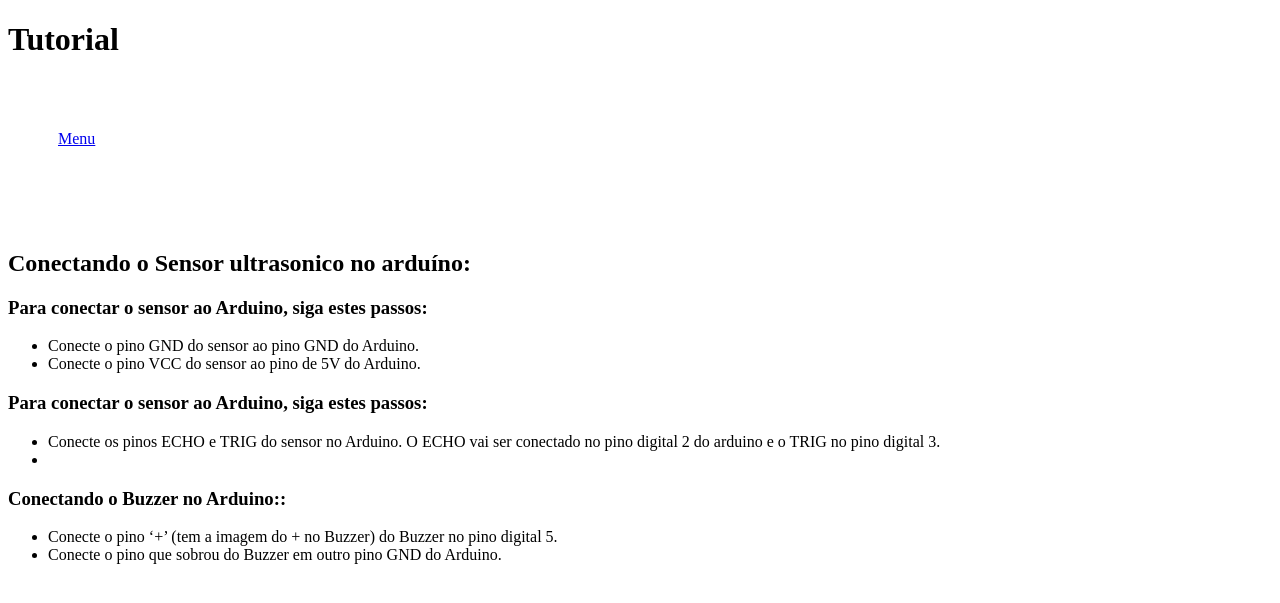
Repository: Eito2511/Site-tutorial-arduino
Page: tutorial.html
These files come from the project's save history. The page is drawn as it stood at one moment and after the next save; the edit follows.
The browser window is 1280 px wide. The pictures show the whole page.

Above is the page before, as saved 2025-06-03 18:22:56.

### tutorial.html
<!DOCTYPE html>
<html lang="en">
  <head>
    <meta charset="UTF-8" />
    <meta name="viewport" content="width=device-width, initial-scale=1.0" />
    <title>Tutorial</title>
  </head>
  <body>
    <header>
      <h1 class="titulo">Tutorial</h1>
    </header>

    <section style="height: 50px; padding: 50px">
      <a href="index.html" class="btn">Menu</a>
    </section>

    <div>
      <h2>Conectando o Sensor ultrasonico no arduíno:</h1>
      <h3>Para conectar o sensor ao Arduino, siga estes passos:</h2>
      <ul>
        <li>Conecte o pino GND do sensor ao pino GND do Arduino.</li>
        <li>Conecte o pino VCC do sensor ao pino de 5V do Arduino.</li>
      </ul>
    </div>

    <div>
      <h3>Para conectar o sensor ao Arduino, siga estes passos:</h2>
      <ul>
        <li>
          Conecte os pinos ECHO e TRIG do sensor no Arduino. O ECHO vai ser
          conectado no pino digital 2 do arduino e o TRIG no pino digital 3.
        </li>
        <li>

        </li>
      </ul>
    </div>

    <div>
      <h3>Conectando o Buzzer no Arduino::</h2>
      <ul>
        <li>
          Conecte o pino ‘+’ (tem a imagem do + no Buzzer) do Buzzer no pino
          digital 5.
        </li>
        <li>
          Conecte o pino que sobrou do Buzzer em outro pino GND do Arduino.
        </li>
      </ul>
    </div>
  </body>
</html>

After the next save:
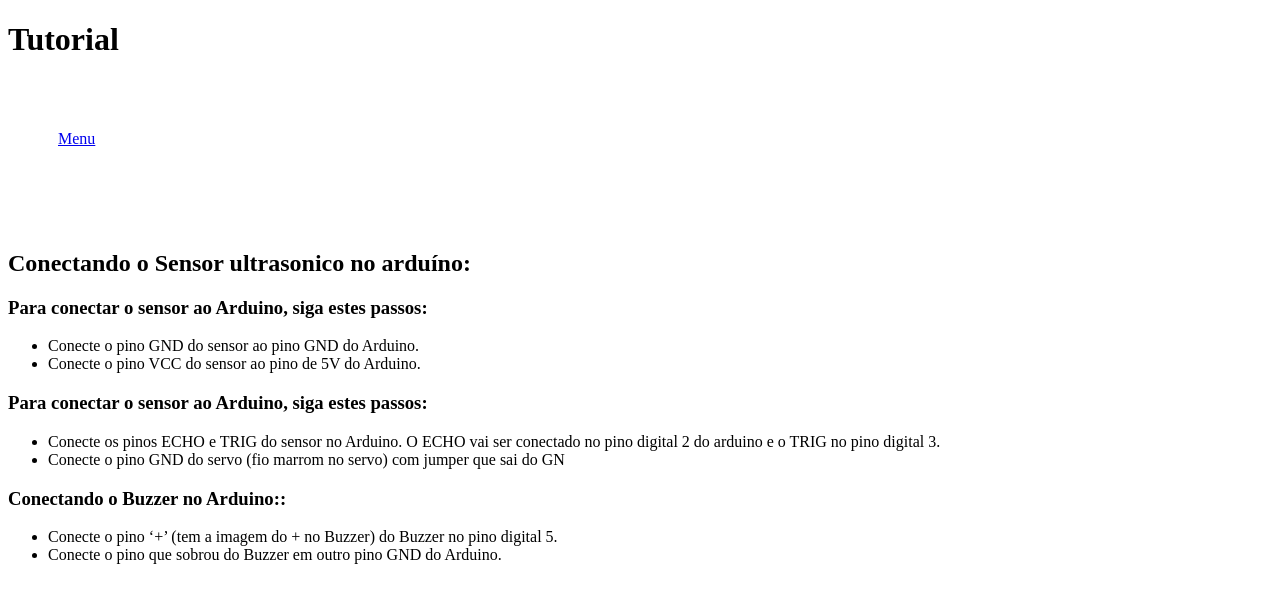
Saved 15 s later.
--- a/tutorial.html
+++ b/tutorial.html
@@ -31,7 +31,8 @@
           conectado no pino digital 2 do arduino e o TRIG no pino digital 3.
         </li>
         <li>
-
+            Conecte o pino GND do servo (fio marrom no servo) com jumper que sai
+ do GN
         </li>
       </ul>
     </div>
